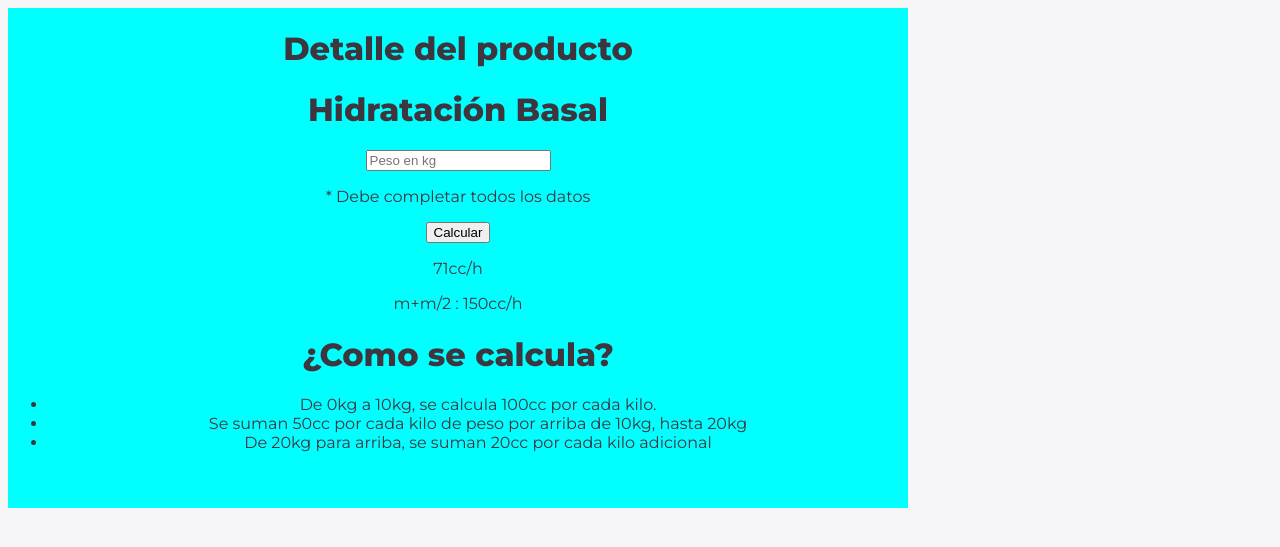
Repository: Fredy452/calculadora_basal
Page: index.html
An editor plug-in stored every save of this project. The page is shown before and after the next save, followed by the edit.
The browser window is 1280 px wide. The pictures show the whole page.

Above is the page before, as saved 2023-04-21 07:26:33.

### index.html
<!DOCTYPE html>
<html lang="en">
<head>
    <meta charset="UTF-8">
    <meta http-equiv="X-UA-Compatible" content="IE=edge">
    <meta name="viewport" content="width=device-width, initial-scale=1.0">
    <title>Calculadora de hidratación</title>
    <link rel="stylesheet" href="style.css">
</head>
<body>
    <div id="contenedor">
        <h1>Detalle del producto</h1>
        <div>
            <h1>Hidratación Basal</h1>
            <input type="number" name="peso" id="peso" placeholder="Peso en kg">
            <p>* Debe completar todos los datos</p>
            <button>Calcular</button>
            <p>71cc/h</p>
            <p>m+m/2 : 150cc/h</p>
        </div>
        <div>
            <h1>¿Como se calcula?</h1>
            <ul>
                <li>De 0kg a 10kg, se calcula 100cc por cada kilo.</li>
                <li>Se suman 50cc por cada kilo de peso por arriba de 10kg, hasta 20kg</li>
                <li>De 20kg para arriba, se suman 20cc por cada kilo adicional</li>
            </ul>
        </div>
    </div>
</body>
</html>

### style.css
@import url('https://fonts.googleapis.com/css?family=Montserrat:400,800');

body{
    font-family: 'Montserrat', sans-serif;
    background: #f6f5f7;
    color: #3E363F;
}
#contenedor{
    width: 900px;
    height: 500px;
    background-color: aqua;
    position: absolute;
    text-align: center;

}

After the next save:
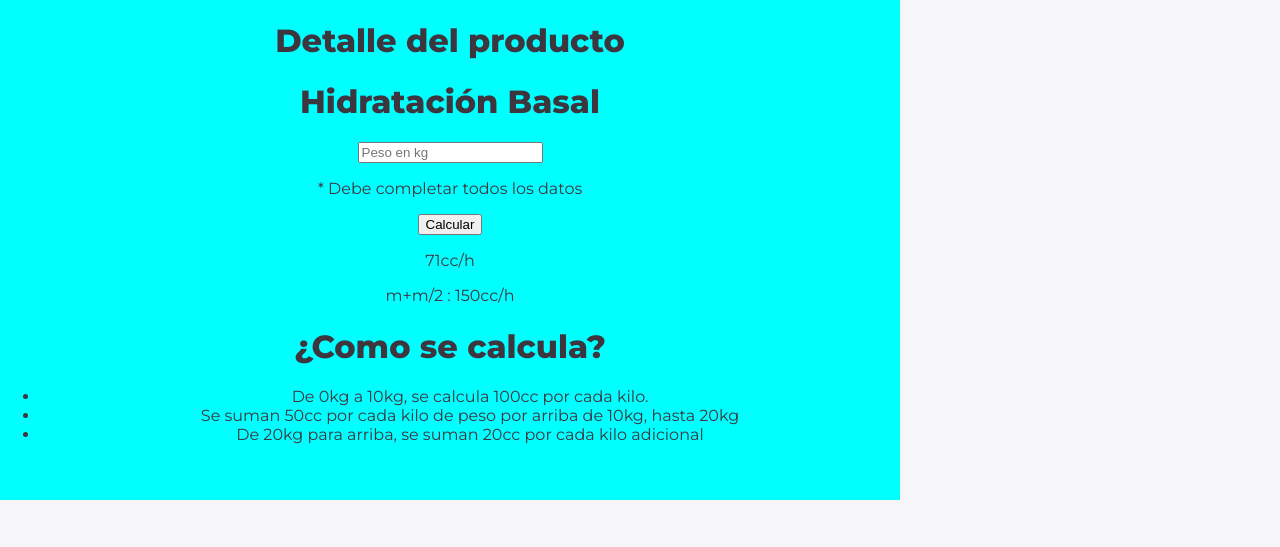
Saved 13 s later.
--- a/style.css
+++ b/style.css
@@ -11,5 +11,6 @@ body{
     background-color: aqua;
     position: absolute;
     text-align: center;
+    inset: 0;
 
 }
